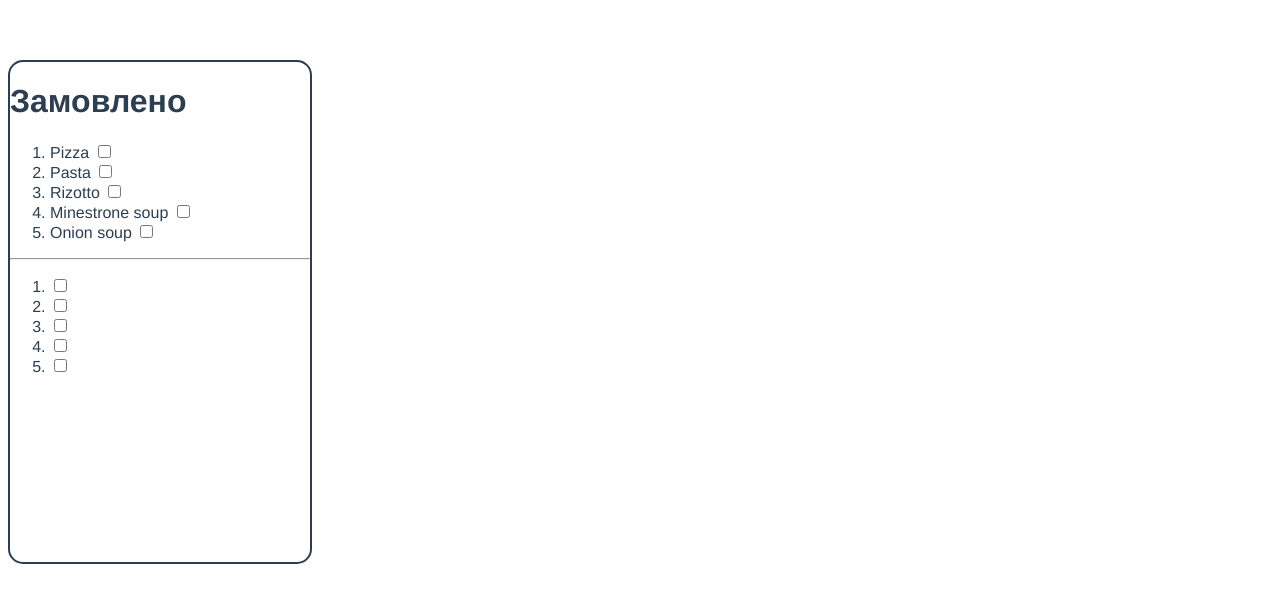
Repository: Salexandraa/HOME_Subotina
Page: / (app in order-list/)
An editor plug-in stored every save of this project. The page is shown before and after the next save, followed by the edit.
The browser window is 1280 px wide. The pictures show the whole page.
The project was rebuilt for these pictures with package versions that can differ from the ones it lists, and the page was loaded fresh each time.

Above is the page before, as saved 2020-10-09 15:33:04.

After the next save:
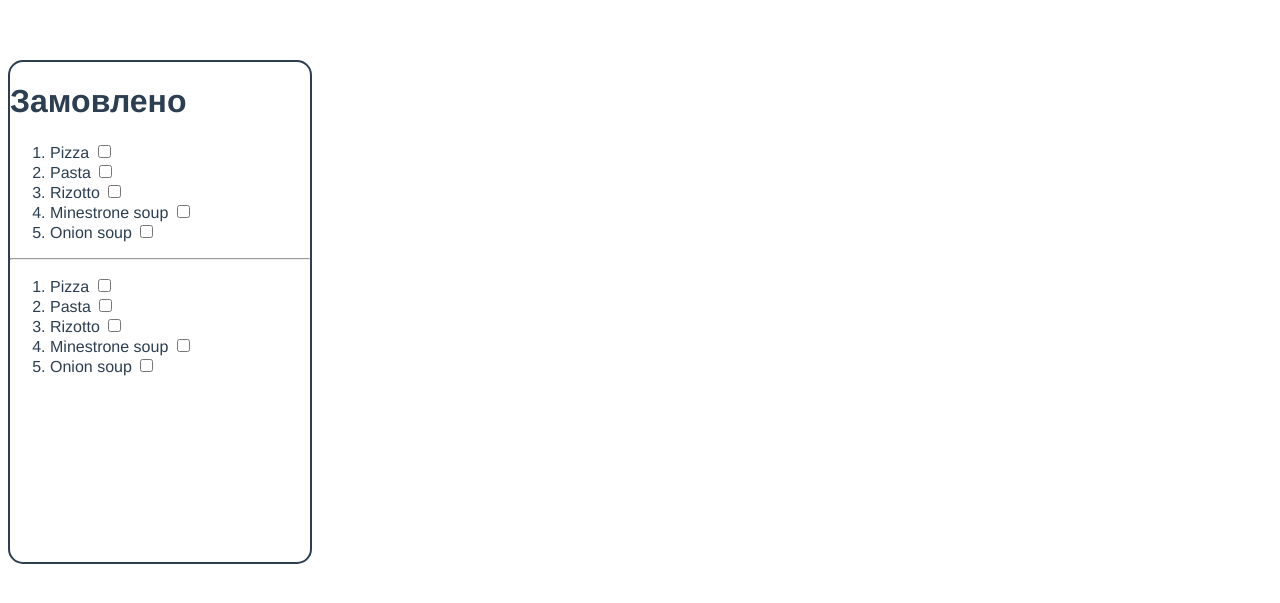
Saved 44 s later.
--- a/order-list/src/components/CheckList/Reserved/index.vue
+++ b/order-list/src/components/CheckList/Reserved/index.vue
@@ -21,8 +21,8 @@
 <div>
     <!-- <span>Выбрано: {{ checkedNames }}</span> -->
       <ol>
-        <li v-for="item in listDishes" :key="item.names" >
-           {{item.names}} <input type="checkbox" >
+        <li v-for="item in listDishes" :key="item.id" >
+           {{item.name}} <input type="checkbox" >
         </li>
 
     </ol>

After the save that followed:
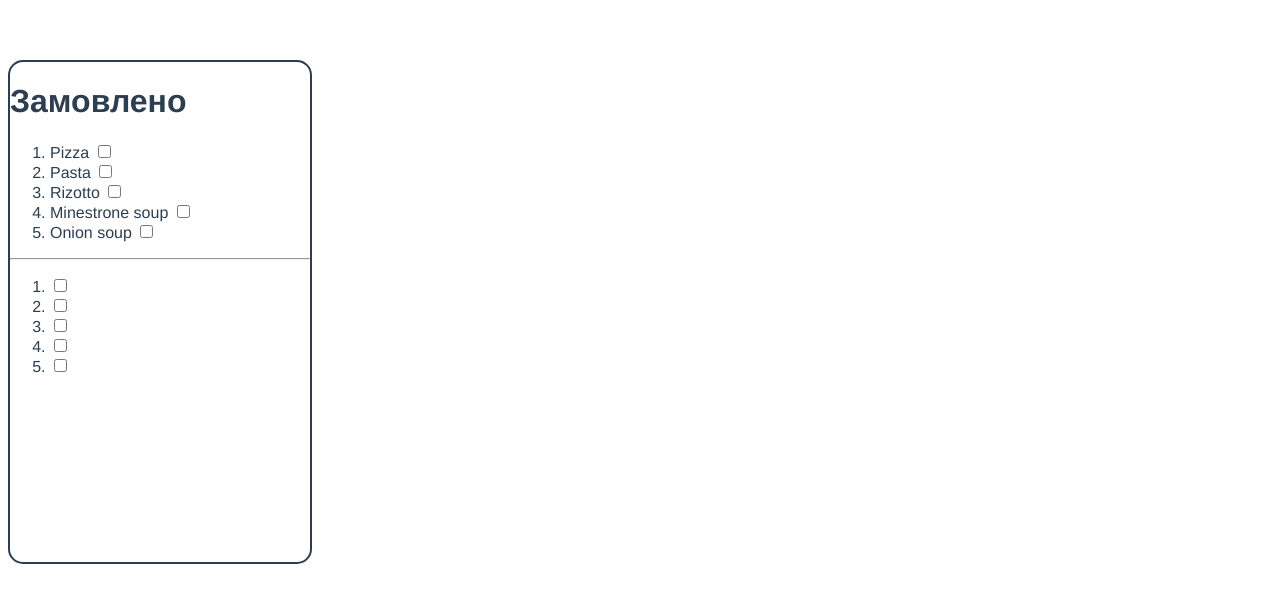
Saved 9 s later.
--- a/order-list/src/components/CheckList/Reserved/index.vue
+++ b/order-list/src/components/CheckList/Reserved/index.vue
@@ -22,7 +22,7 @@
     <!-- <span>Выбрано: {{ checkedNames }}</span> -->
       <ol>
         <li v-for="item in listDishes" :key="item.id" >
-           {{item.name}} <input type="checkbox" >
+           {{item.names}} <input type="checkbox" >
         </li>
 
     </ol>
